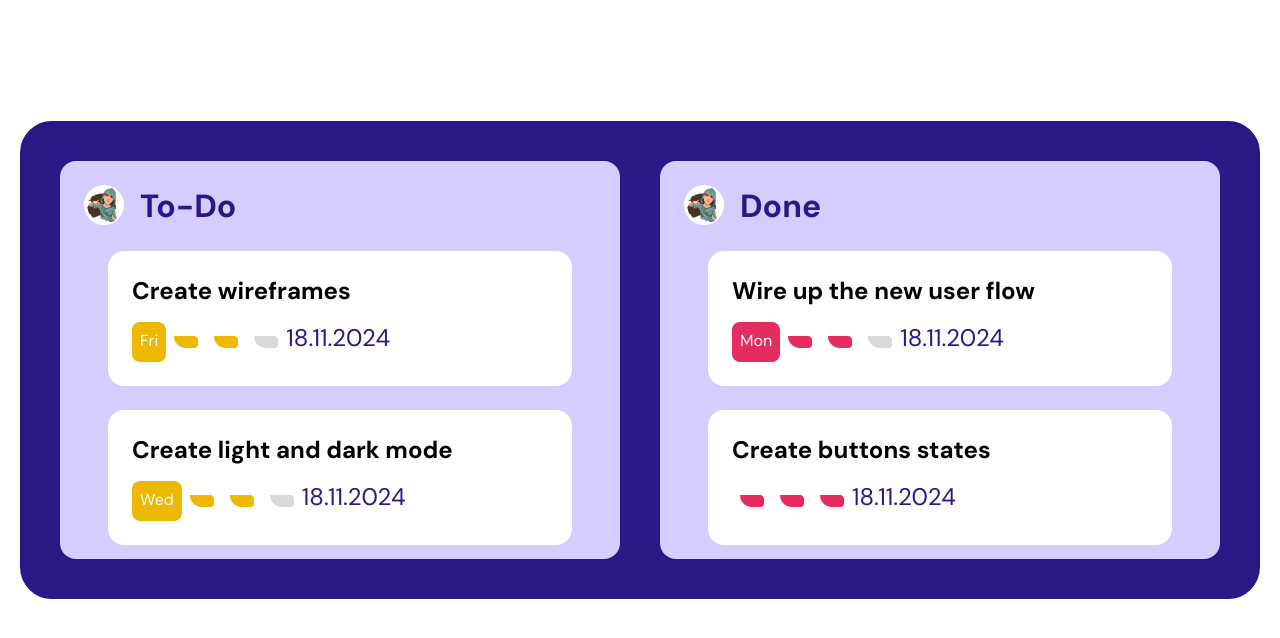
Repository: VitasYo/Kanban
Page: index.html
The author's editor kept a copy of each file at every save. The page is drawn from the files as they stood at one save, then again after the next save.
The browser window is 1280 px wide. The pictures show the whole page.

Above is the page before, as saved 2024-04-15 20:10:43.

After the next save:
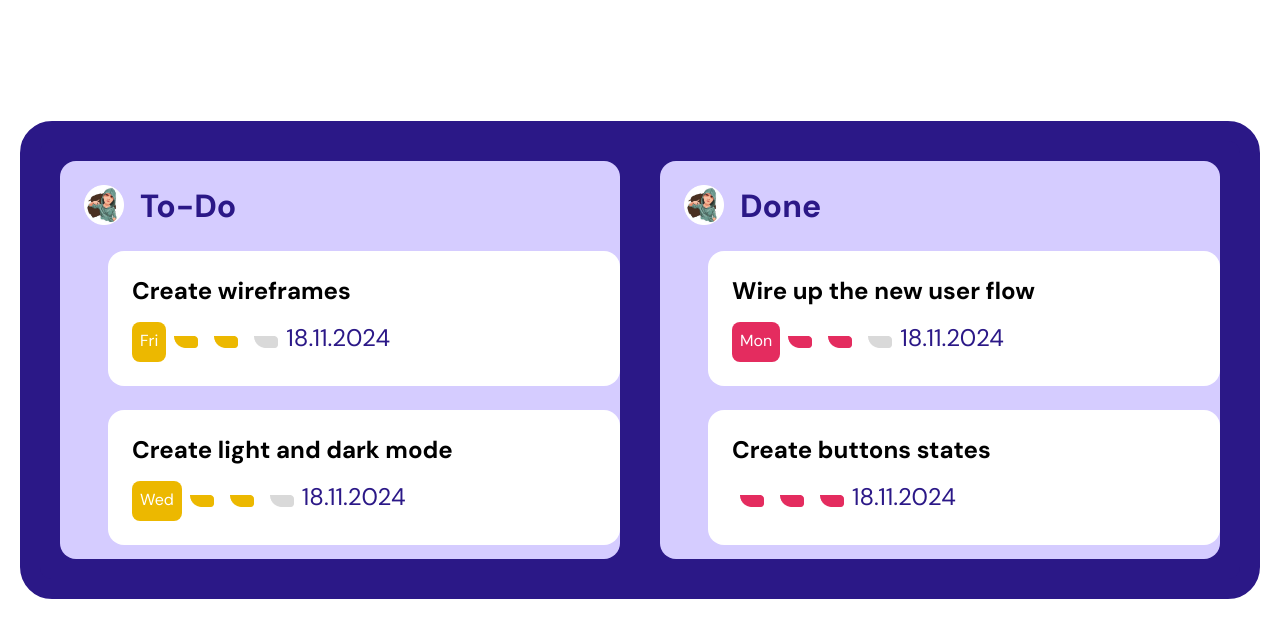
Saved 41 s later.
--- a/src/assets/css/component/_kanban.css
+++ b/src/assets/css/component/_kanban.css
@@ -33,6 +33,7 @@
 }
 
 .card {
+    width: 512px;;
     background-color: white;
     border-radius: 16px;
     margin: 24px;
